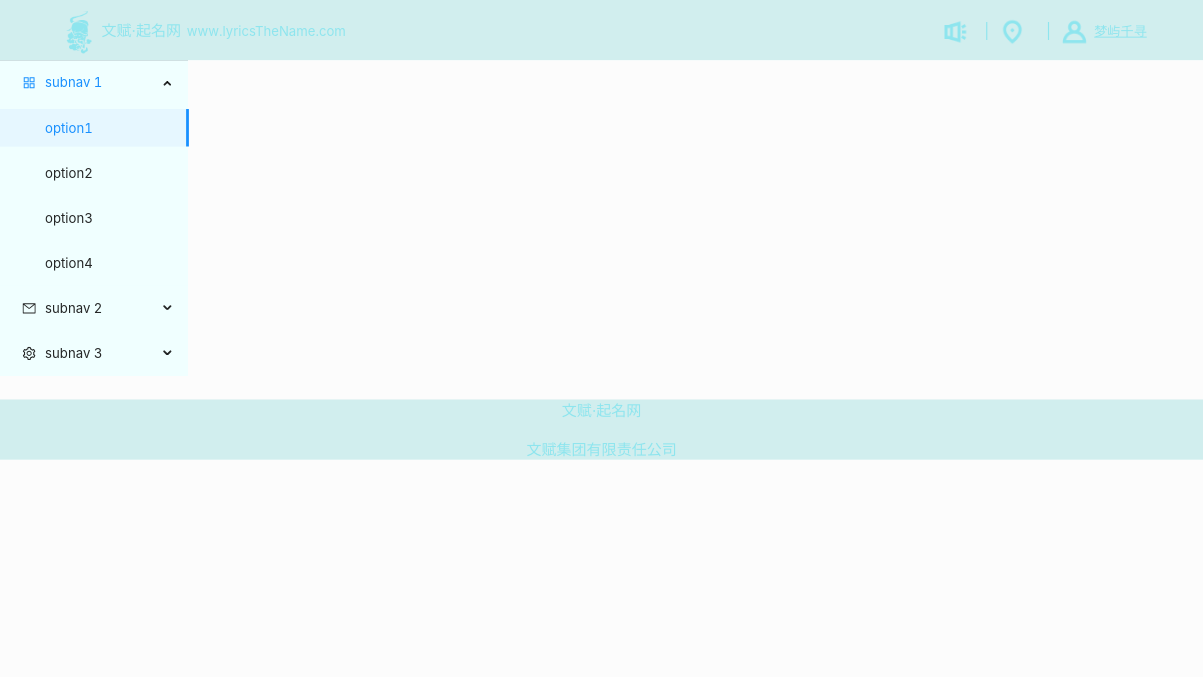
Repository: fangxueliang/react-redux-
Page: /
The author's editor kept a copy of each file at every save. The page is drawn from the files as they stood at one save, then again after the next save.
The browser window is 1280 px wide. The pictures show the whole page, at 94% of full size.
The project was rebuilt for these pictures with package versions that can differ from the ones it lists, and the page was loaded fresh each time.

Above is the page before, as saved 2020-12-30 12:57:25.

After the next save:
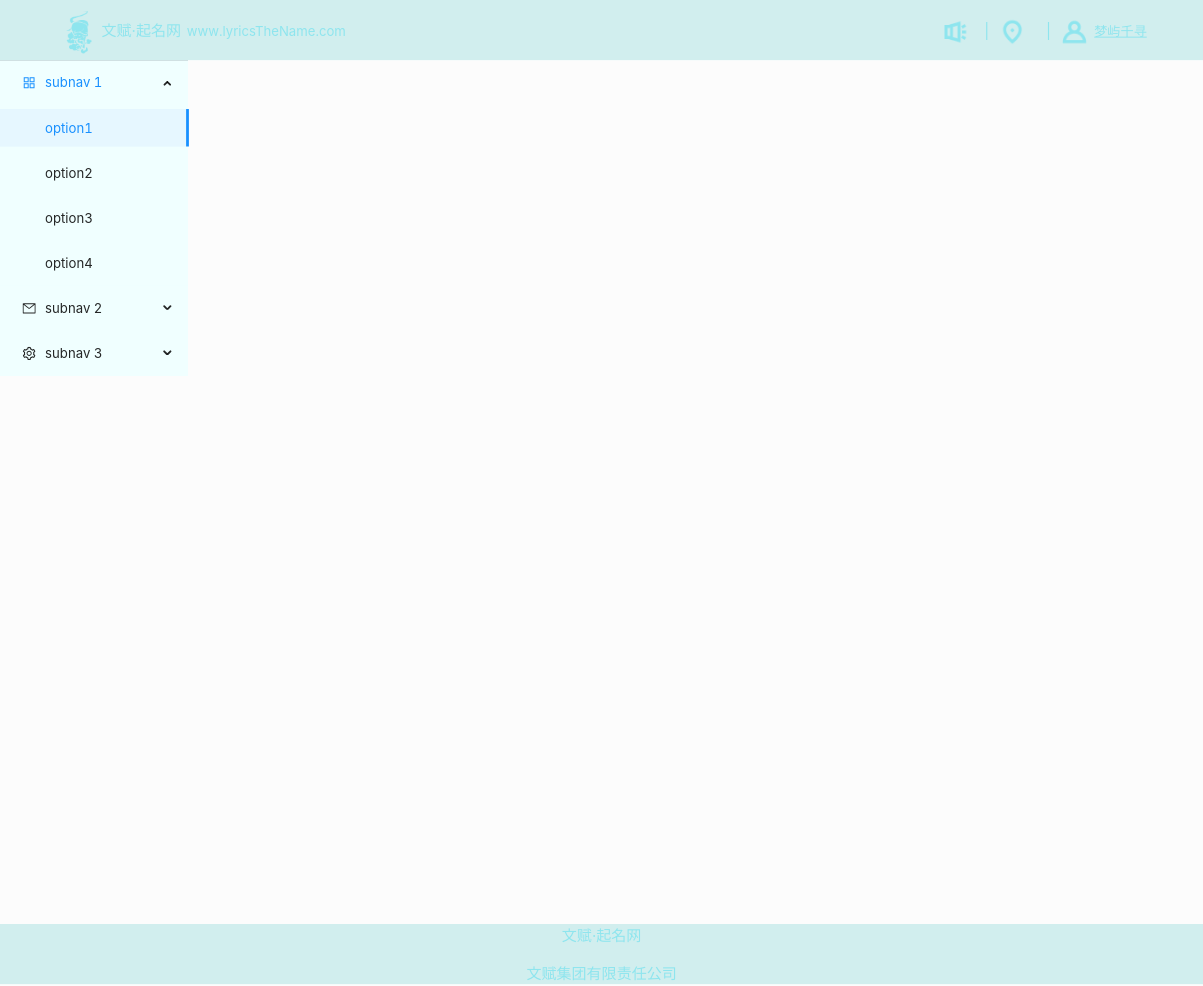
Saved 11 s later.
--- a/src/Common/CSS/layout.css
+++ b/src/Common/CSS/layout.css
@@ -24,5 +24,6 @@
 }
 
 .Home_layout .Home_content {
+    height: 80vh;
     display: inline-block;
 }
